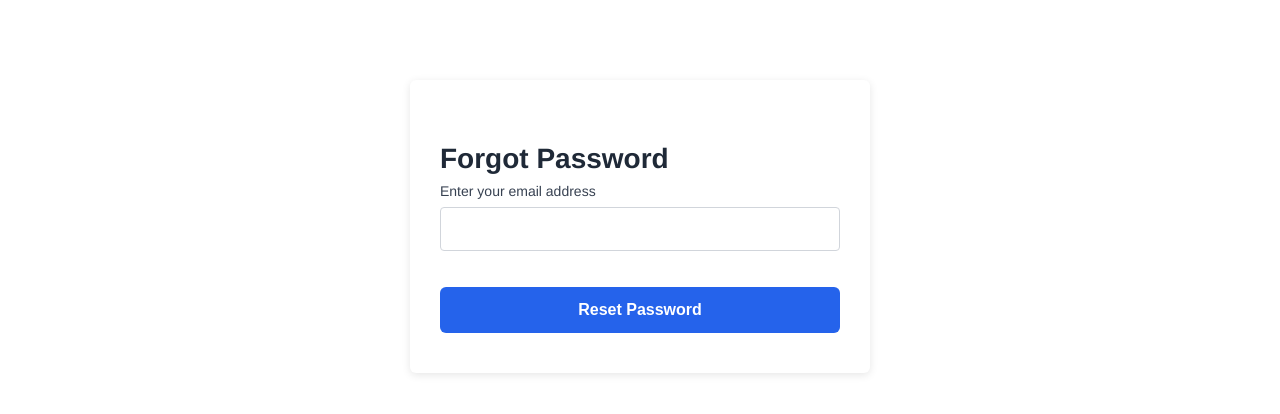
Repository: Nuttawut-Amattong/outtrip
Page: /forgot-password (app in OutTrip/)
These files come from the project's save history. The page is drawn as it stood at one moment and after the next save; the edit follows.
The browser window is 1280 px wide. The pictures show the whole page.
The project was rebuilt for these pictures with package versions that can differ from the ones it lists, and the page was loaded fresh each time. Also part of the build but not shown: OutTrip/vite.config.js, OutTrip/src/component/login.module.css, OutTrip/src/component/Login.jsx, OutTrip/src/component/register.module.css, OutTrip/src/component/Register.jsx.

Above is the page before, as saved 2025-05-19 01:55:01.

### OutTrip/src/main.jsx
import { StrictMode } from 'react';
import { createRoot } from 'react-dom/client';
import { BrowserRouter, Routes, Route } from 'react-router-dom';
import Login from './component/Login.jsx';
import Register from './component/Register.jsx';
import Forgetpass from './component/Forgetpass.jsx';

createRoot(document.getElementById('root')).render(
  <StrictMode>
    <BrowserRouter>
      <Routes>
        <Route path="/" element={<Login />} />
        <Route path="/register" element={<Register />} />
        <Route path="/forgot-password" element={<Forgetpass />} />
      </Routes>
    </BrowserRouter>
  </StrictMode>
);

### OutTrip/src/component/Forgetpass.jsx
import React, { useState } from 'react';
import styles from './forgetpass.module.css';

const Forgetpass = () => {
  const [email, setEmail] = useState('');
  const [message, setMessage] = useState('');

  const handleSubmit = (e) => {
    e.preventDefault();
    setMessage('If this email is registered, you will receive a password reset link.');
  };

  return (
    <div className={styles.container}>
      <h2 className={styles.heading}>Forgot Password</h2>
      <form onSubmit={handleSubmit}>
        <div className={styles.formGroup}>
          <label htmlFor="email" className={styles.label}>
            Enter your email address
          </label>
          <input
            type="email"
            id="email"
            value={email}
            onChange={(e) => setEmail(e.target.value)}
            required
            className={styles.input}
          />
        </div>
        <button type="submit" className={styles.button}>
          Reset Password
        </button>
      </form>
      {message && <p className={styles.message}>{message}</p>}
    </div>
  );
};

export default Forgetpass;

### OutTrip/src/component/forgetpass.module.css
.container {
  max-width: 400px;
  margin: 80px auto;
  padding: 40px 30px;
  background-color: #fff;
  box-shadow: 0 2px 8px rgb(0 0 0 / 0.1);
  border-radius: 6px;
  font-family: "Helvetica Neue", Helvetica, Arial, sans-serif;
  color: #1f2937;
}

.heading {
  font-weight: 600;
  font-size: 1.75rem;
  margin-bottom: 0.5rem;
}

.description {
  font-size: 1rem;
  color: #4b5563; /* สีเทา */
  margin-bottom: 2rem;
}

.formGroup {
  display: flex;
  flex-direction: column;
  margin-bottom: 1.25rem;
}

.label {
  font-weight: 500;
  font-size: 0.875rem;
  margin-bottom: 0.5rem;
  color: #374151;
}

.input {
  padding: 12px 14px;
  font-size: 1rem;
  border: 1.5px solid #d1d5db;
  border-radius: 4px;
  transition: border-color 0.3s ease;
  outline-offset: 2px;
}

.input:focus {
  border-color: #2563eb; /* สีน้ำเงิน */
  outline: none;
  box-shadow: 0 0 0 3px rgb(37 99 235 / 0.3);
}

.button {
  width: 100%;
  padding: 14px 0;
  background-color: #2563eb;
  color: white;
  font-weight: 600;
  font-size: 1rem;
  border: none;
  border-radius: 6px;
  cursor: pointer;
  transition: background-color 0.3s ease;
  margin-top: 1rem;
}

.button:hover {
  background-color: #1e40af;
}

.message {
  margin-top: 1.5rem;
  font-weight: 600;
  color: #16a34a; /* สีเขียว */
  font-size: 0.95rem;
  text-align: center;
}

Loaded but not shown: OutTrip/index.html (common file)

After the next save:
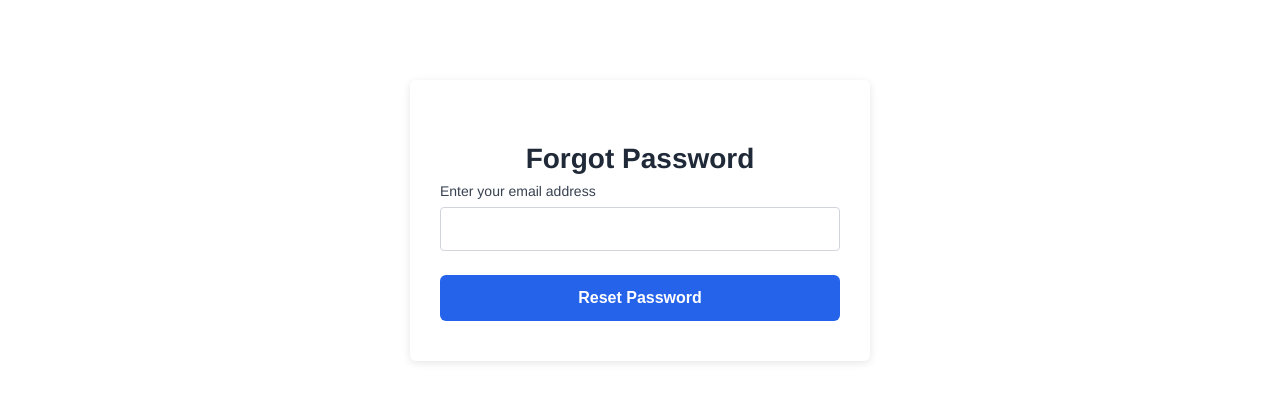
Saved 27 s later.
--- a/OutTrip/src/component/forgetpass.module.css
+++ b/OutTrip/src/component/forgetpass.module.css
@@ -3,7 +3,7 @@
   margin: 80px auto;
   padding: 40px 30px;
   background-color: #fff;
-  box-shadow: 0 2px 8px rgb(0 0 0 / 0.1);
+  box-shadow: 0 2px 8px rgba(0, 0, 0, 0.1);
   border-radius: 6px;
   font-family: "Helvetica Neue", Helvetica, Arial, sans-serif;
   color: #1f2937;
@@ -13,18 +13,13 @@
   font-weight: 600;
   font-size: 1.75rem;
   margin-bottom: 0.5rem;
-}
-
-.description {
-  font-size: 1rem;
-  color: #4b5563; /* สีเทา */
-  margin-bottom: 2rem;
+  text-align: center;
 }
 
 .formGroup {
   display: flex;
   flex-direction: column;
-  margin-bottom: 1.25rem;
+  margin-bottom: 1.5rem;
 }
 
 .label {
@@ -44,9 +39,9 @@
 }
 
 .input:focus {
-  border-color: #2563eb; /* สีน้ำเงิน */
+  border-color: #2563eb;
   outline: none;
-  box-shadow: 0 0 0 3px rgb(37 99 235 / 0.3);
+  box-shadow: 0 0 0 3px rgba(37, 99, 235, 0.3);
 }
 
 .button {
@@ -60,7 +55,6 @@
   border-radius: 6px;
   cursor: pointer;
   transition: background-color 0.3s ease;
-  margin-top: 1rem;
 }
 
 .button:hover {
@@ -70,7 +64,7 @@
 .message {
   margin-top: 1.5rem;
   font-weight: 600;
-  color: #16a34a; /* สีเขียว */
+  color: #16a34a;
   font-size: 0.95rem;
   text-align: center;
 }
